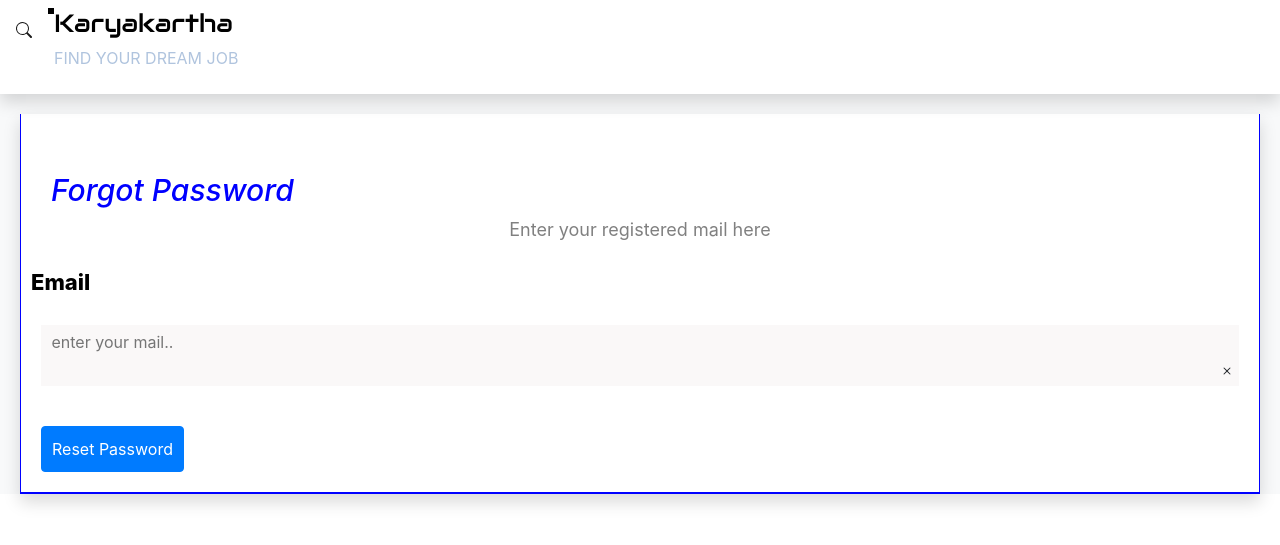
Repository: siri548/Karyakartha
Page: forgotPage.html
These files come from the project's save history. The page is drawn as it stood at one moment and after the next save; the edit follows.
The browser window is 1280 px wide. The pictures show the whole page.
Pictures or frames that could not be fetched are drawn as grey boxes.

Above is the page before, as saved 2023-11-04 18:02:16.
Console error (its wording comes from the project's code and is left out).

After the next save:
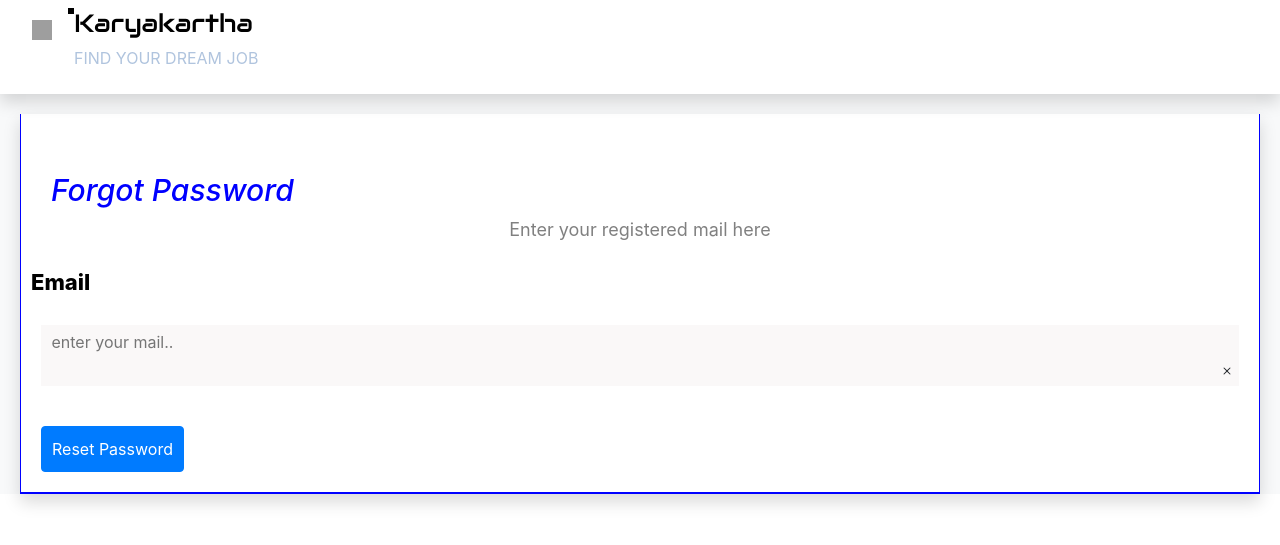
Saved 6 s later.
--- a/forgotPage.html
+++ b/forgotPage.html
@@ -23,7 +23,7 @@
                 <div>
                     <a class=" navbar-brand " href="# ">
 
-                        <svg xmlns="http://www.w3.org/2000/svg" width="16" height="16" fill="currentColor" class="bi bi-search" viewBox="0 0 16 16">
+                        <svg xmlns="http://www.w3.org/2000/svg" width="16" height="16" fill="currentColor" class="bi bi-search" viewBox="0 0 16 16"><img src="D:\icons\trend.png " class="inner-icon " />
 <path  d        = "M11.742 10.344a6.5 6.5 0 1 0-1.397 1.398h-.001c.03.04.062.078.098.115l3.85 3.85a1 1 0 0 0 1.415-1.414l-3.85-3.85a1.007 1.007 0 0 0-.115-.1zM12 6.5a5.5 5.5 0 1 1-11 0 5.5 5.5 0 0 1 11 0z"/>
 </svg>
 
